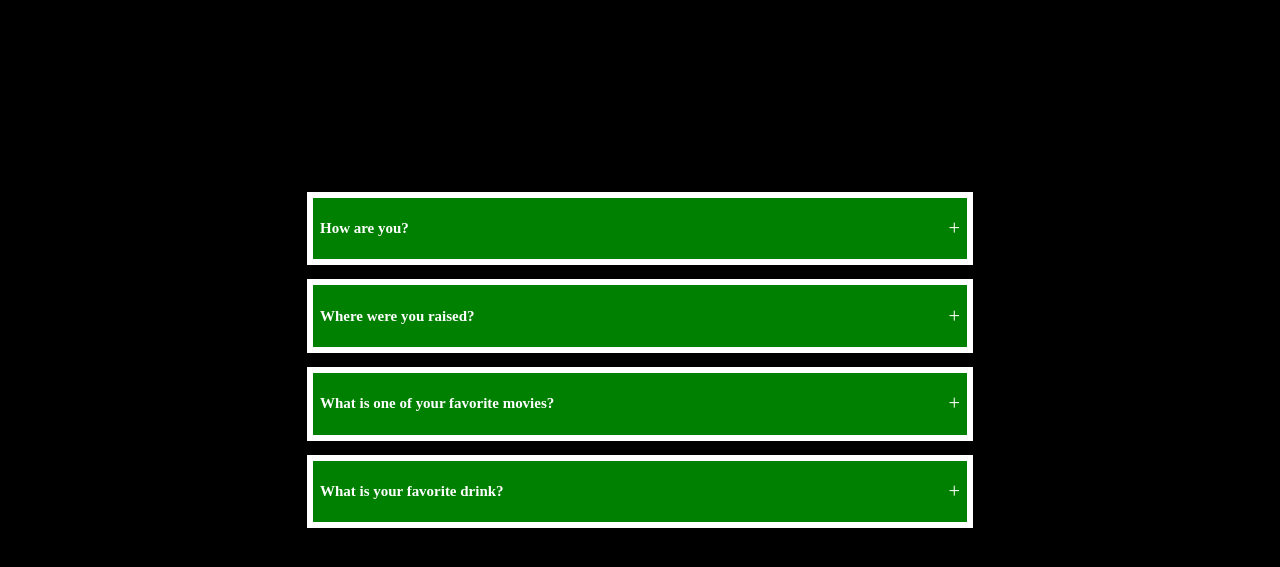
Repository: kosenijr/react-projects
Page: / (app in accordion/)
The author's editor kept a copy of each file at every save. The page is drawn from the files as they stood at one save, then again after the next save.
The browser window is 1280 px wide. The pictures show the whole page.
The project was rebuilt for these pictures with package versions that can differ from the ones it lists, and the page was loaded fresh each time.

Above is the page before, as saved 2024-03-02 23:36:31.

### accordion/src/App.js
import React from "react";
import "./App.css";
import SingleSelection from "./components/SingleSelection";

function App() {
  return (
    <div className="App">
      <SingleSelection />
    </div>
  );
}

export default App;

### accordion/src/components/SingleSelection.js
import React, { useState } from "react";
import "../styles/SingleSelection.css";
import data from "../data";

function Accordion() {
  // setting up useState
  const [selected, setSelected] = useState(null);
  // setting up handling
  const handleSingleSelection = (getCurrentId) => {
    console.log(selected, getCurrentId);
    // setSelected(getCurrentId === selected ? null : getCurrentId); // keep add condition for closure
    setSelected(selected !== getCurrentId ? getCurrentId : null);
  };

  return (
    <div className="wrapper">
      {/* single selection accordion */}
      <div className="accordion">
        {data && data.length > 0 ? (
          data.map((dataItem) => (
            <div className="item" key={dataItem.id}>
              {" "}
              {/* always remember to add key */}
              <div className="title">
                <h3>{dataItem.question}</h3>
                <span onClick={() => handleSingleSelection(dataItem.id)}>{selected === dataItem.id ? "-" : "+"}</span>
              </div>
              {selected === dataItem.id ? (
                <div className="content ">{dataItem.jargon}</div>
              ) : null}
            </div>
          ))
        ) : (
          <div>No data found!</div>
        )}
      </div>
    </div>
  );
}

export default Accordion;

### accordion/src/styles/SingleSelection.css
.wrapper {
  display: flex;
  justify-content: center;
  align-items: center;
  height: 100vh;
  width: 100vw;
  background-color: black;
  color: white;
}

.item {
  background-color: green;
  color: white;
  font-size: 0.8em;
  font-family: "Raleway", "Times New Roman";
  margin: 2vh 0;
  padding: 1vh;
  width: 50vw;
  border: 0.5em solid white;
  cursor: pointer;
}

.title {
  display: flex;
  justify-content: space-between;
  align-items: center;
}

span {
  font-size: 1.6em;;
}

.content {
  font-size: 1.2em;
  font-family:  "Raleway", "Times New Roman";
  font-weight: 600;
}

### accordion/src/data.js
const data = [
  {
    id: 1,
    question: "How are you?",
    answer: "I am well!",
    jargon: "Utilizing a microservices architecture with containerization via Kubernetes orchestration, our DevOps team employs continuous integration and delivery pipelines to streamline software deployment workflows."
  },

  {
    id: 2,
    question: "Where were you raised?",
    answer: "I was raised in Queens.",
    jargon: "Utilizing a microservices architecture with containerization via Kubernetes orchestration, our DevOps team employs continuous integration and delivery pipelines to streamline software deployment workflows."
  },

  {
    id: 3,
    question: "What is one of your favorite movies?",
    answer: "Harlem Nights",
    jargon: "Utilizing a microservices architecture with containerization via Kubernetes orchestration, our DevOps team employs continuous integration and delivery pipelines to streamline software deployment workflows."
  },

  {
    id: 4,
    question: "What is your favorite drink?",
    answer: "Water",
    jargon: "Utilizing a microservices architecture with containerization via Kubernetes orchestration, our DevOps team employs continuous integration and delivery pipelines to streamline software deployment workflows."
  },
];

export default data;

Loaded but not shown: accordion/public/index.html (common file); accordion/src/index.js (common file); accordion/src/index.css (common file); accordion/src/reportWebVitals.js (common file); accordion/src/App.css (common file)

After the next save:
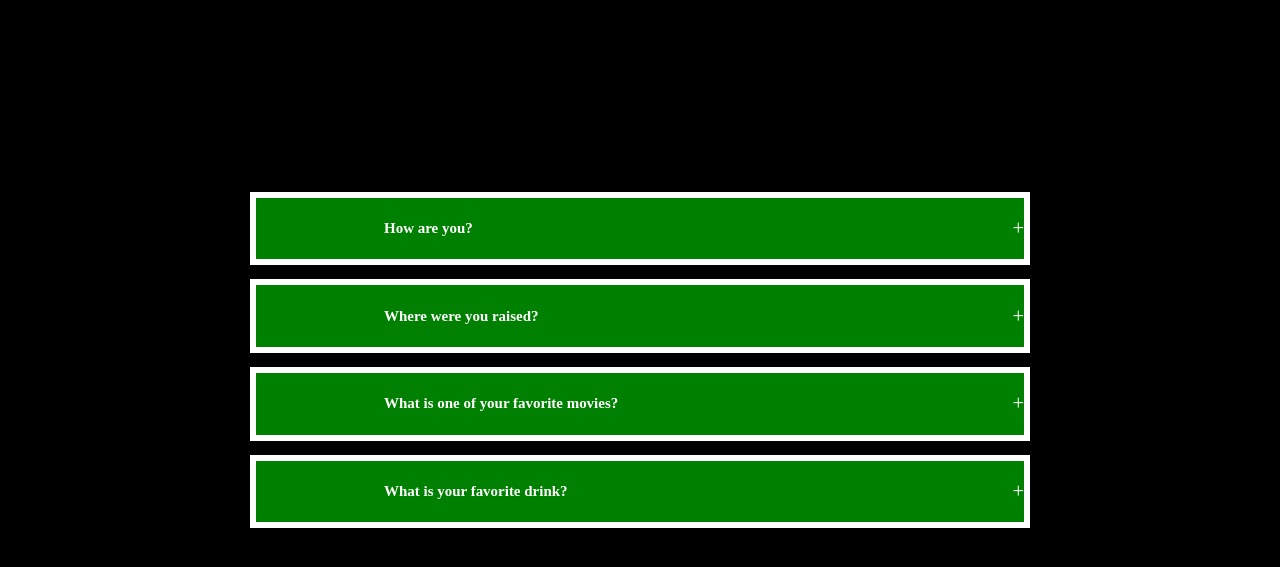
Saved 72 s later.
--- a/accordion/src/styles/SingleSelection.css
+++ b/accordion/src/styles/SingleSelection.css
@@ -14,7 +14,7 @@
   font-size: 0.8em;
   font-family: "Raleway", "Times New Roman";
   margin: 2vh 0;
-  padding: 1vh;
+  padding: 1vh 0 1vh 10vw;
   width: 50vw;
   border: 0.5em solid white;
   cursor: pointer;
